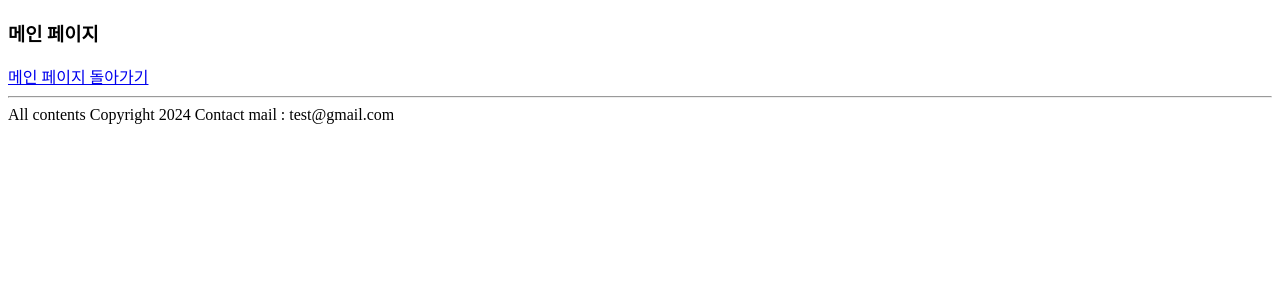
Repository: sinaboro/Jsp_202403
Page: http://localhost/web-study-03/main.jsp
The author's editor kept a copy of each file at every save. The page is drawn from the files as they stood at one save, then again after the next save.
The browser window is 1280 px wide. The pictures show the whole page.
The page is served by Tomcat 9.

Above is the page before, as saved 2024-02-29 06:27:37.

### web-study-03/src/main/webapp/main.jsp
<%@ page language="java" contentType="text/html; charset=UTF-8"
    pageEncoding="UTF-8"%>
<!DOCTYPE html>
<html>
<head>
<meta charset="UTF-8">
<title>Insert title here</title>
</head>
<body>
	<h3>메인 페이지</h3>
	<a href="sub.jsp">메인 페이지 돌아가기</a>
	<%@ include file="footer.jsp" %>
</body>
</html>

### web-study-03/src/main/webapp/footer.jsp
<%@ page language="java" contentType="text/html; charset=UTF-8"
    pageEncoding="UTF-8"%>
<hr>
<div id="copyright">
	All contents Copyright 2024
	Contact mail : test@gmail.com
</div>

After the next save:
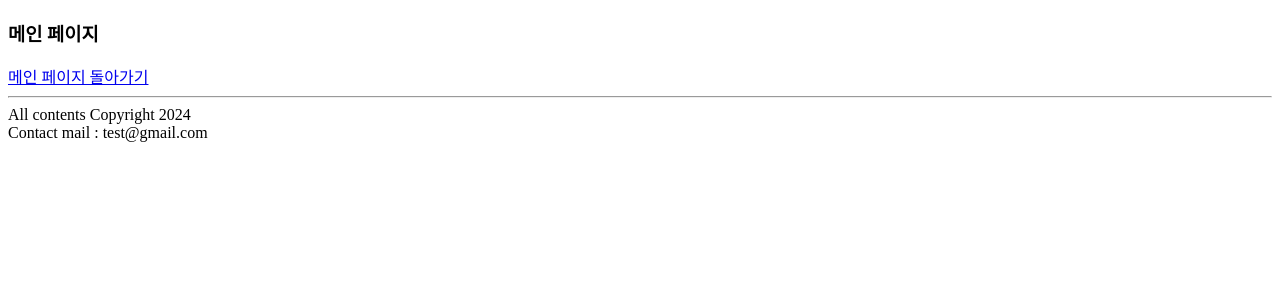
Saved 55 s later.
--- a/web-study-03/src/main/webapp/footer.jsp
+++ b/web-study-03/src/main/webapp/footer.jsp
@@ -2,6 +2,6 @@
     pageEncoding="UTF-8"%>
 <hr>
 <div id="copyright">
-	All contents Copyright 2024
+	All contents Copyright 2024<br>
 	Contact mail : test@gmail.com
 </div>
